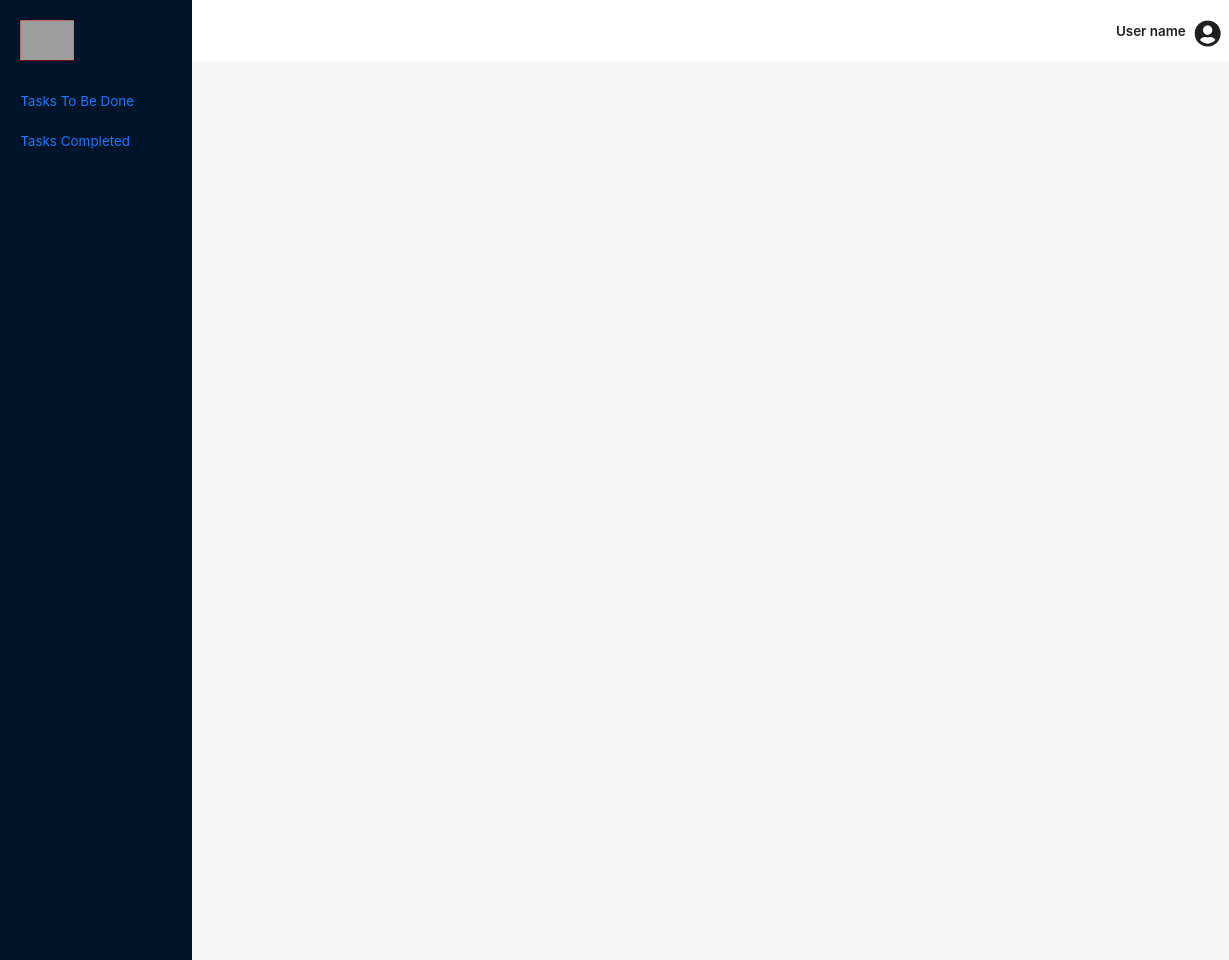
Repository: runner855/todolist_new
Page: /
The author's editor kept a copy of each file at every save. The page is drawn from the files as they stood at one save, then again after the next save.
The browser window is 1280 px wide. The pictures show the whole page, at 96% of full size.
Pictures or frames that could not be fetched are drawn as grey boxes. The project was rebuilt for these pictures with package versions that can differ from the ones it lists, and the page was loaded fresh each time.

Above is the page before, as saved 2023-03-19 22:23:01.

### src/index.tsx
import React from "react";
import ReactDOM from "react-dom/client";
import "./index.css";
import { App } from "./App";
import { BrowserRouter } from "react-router-dom";

const root = ReactDOM.createRoot(
  document.getElementById("root") as HTMLElement
);
root.render(
  <React.StrictMode>
    <BrowserRouter>
    <App />
    </BrowserRouter>
  </React.StrictMode>
);

### src/App.tsx
import React from 'react';
import './App.css';
import { NavBar } from './components/NavBar/NavBar';

export const App = () =>{
  return (
    <div className="App">
      <NavBar/>

    </div>
  );
}

### src/components/NavBar/NavBar.tsx
import React from 'react';

import { Layout, Menu, theme } from 'antd';
import { FaUserCircle } from 'react-icons/fa';
import { PagesArray } from '../../Utilities/Utility'
import "../NavBar/NavBar.css";
import { NavLink } from 'react-router-dom';

const { Header, Content, Footer, Sider } = Layout;

export const NavBar = () => {

  const {
    token: { colorBgContainer },
  } = theme.useToken();

  return (
      <Layout>
      <Sider
        breakpoint="lg"
        collapsedWidth="0"
        style={{height:1000}}
        onBreakpoint={(broken) => {
          console.log(broken);
        }}
        onCollapse={(collapsed, type) => {
          console.log(collapsed, type);
        }}
      >
        <div className="logo" />
        {/* <Menu
          theme="dark"
          mode="inline"
          items={PagesArray && PagesArray.map(
            (item, index) => ({
              key: index,

              label:  item.label ? <NavLink   to={item.to}>{item.label}</NavLink> :
              <img  className="logo"src={item.image} alt="logo"/>
            })
          )}


        /> */}
      <Menu theme="dark" mode="inline">{PagesArray && PagesArray.map((item, index) => {
        return (
        <ul className='links_container'>
          <li className='item_link'>{item.label ? <NavLink to={item.to}>{item.label}</NavLink>: <div className='logo'><img  src={item.image} alt="logo"/></div>}</li>
        </ul>



        )
      })}</Menu>
      </Sider>
      <Layout>
        <Header style={{ padding: 0, background: colorBgContainer }}>
        <div className='avatar_container'>
          <ul className='user'>
            <li className='user_text'>User name</li>
            <li className='user_icon'><FaUserCircle/></li>

          </ul>
          </div>

        </Header>
      </Layout>
    </Layout>
   );
}

### src/Utilities/Utility.tsx
import { TASKS_TO_BE_DONE, TASKS_COMPLETED } from '../Constants/Dictionary';
import { AppUrls } from '../Types/appTypes';
import { LOGO } from '../Constants/Dictionary';
export const PagesArray = [
  {image:LOGO},
  {label: TASKS_TO_BE_DONE, to: AppUrls.TASKS_TO_BE_DONE},
  {label: TASKS_COMPLETED, to: AppUrls.TASKS_COMPLETED},

]

### src/components/NavBar/NavBar.css
#components-layout-demo-responsive .logo {
  height: 32px;
  margin: 16px;
  background: rgba(255, 255, 255, 0.2);
}

li {
  list-style-type: none;
}

.user {
  display: flex;
  flex-direction: row;
  justify-content: right;
}

.user_icon {
  font-size: 2em;
  margin-right: 0.1em;
  margin: 0em 0.3em 0em 0.3em;
  line-height: 1.8;
}

.user_text {
  line-height: 2.7;
  font-weight: 600;
}

img {
  height: 3em;
  text-align: center;
}

.links_container {
  display: flex;
  flex: column;
}

.item_link {
  margin: 1.5em;
}

a:visited {
  border-left: solid red 2px;
}

.logo {
  background-color: red;
}

### src/Constants/Dictionary.ts
export const TASKS_TO_BE_DONE = "Tasks To Be Done";
export const TASKS_COMPLETED = "Tasks Completed"
export const LOGO = "https://pbs.twimg.com/profile_images/964093705748729856/nzx2mHKW_400x400.jpg";

### src/Types/appTypes.tsx

export enum AppUrls {
  TASKS_TO_BE_DONE = `/tasks_to_be_done`,
  TASKS_COMPLETED = "/tasks_copleted",

}

export enum LanguageEnum {
  EN = "en",
}

Loaded but not shown: public/index.html (common file); src/index.css (common file); src/App.css (common file)

After the next save:
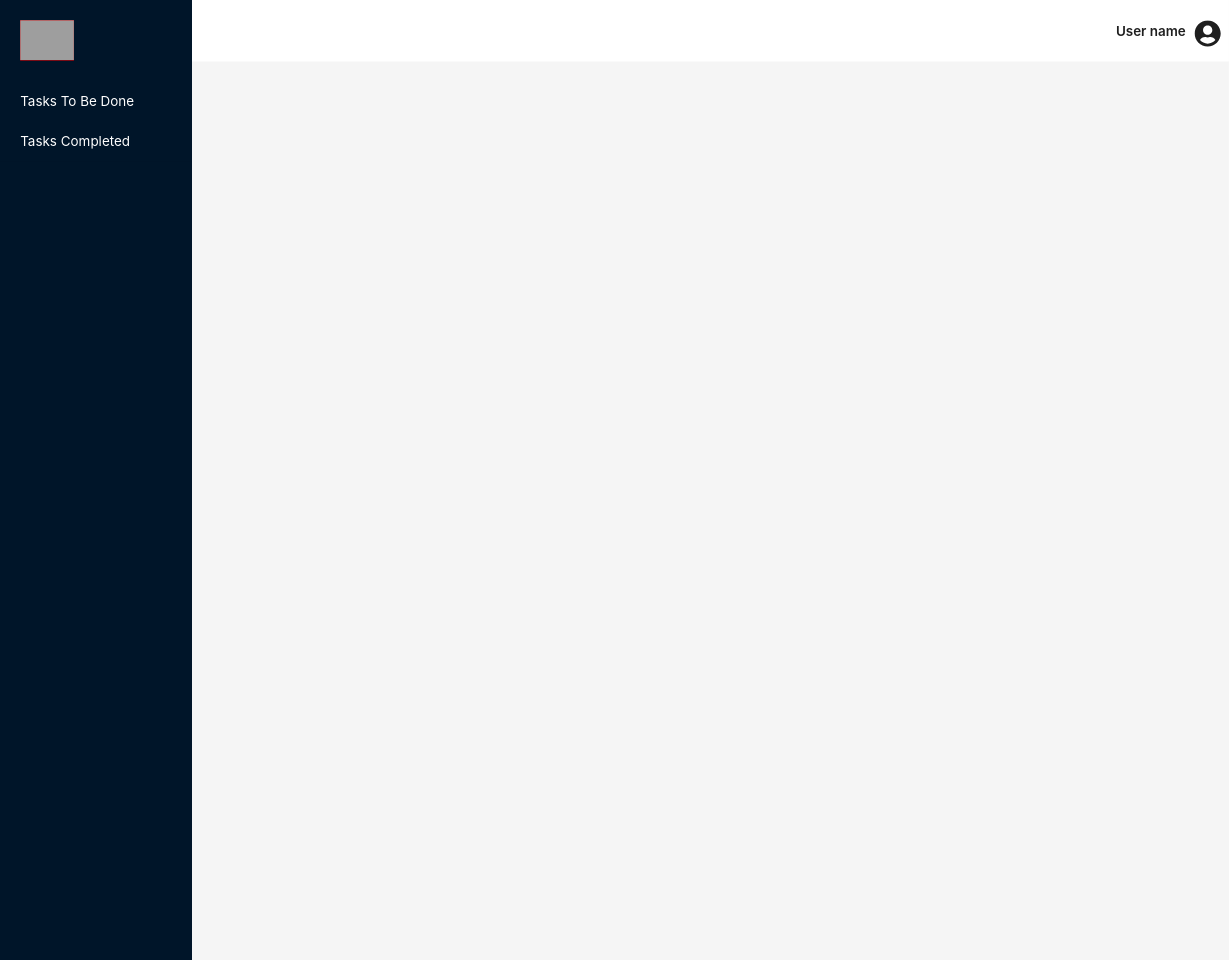
Saved 15 s later.
--- a/src/components/NavBar/NavBar.css
+++ b/src/components/NavBar/NavBar.css
@@ -43,6 +43,9 @@ img {
 a:visited {
   border-left: solid red 2px;
 }
+a {
+  color: white;
+}
 
 .logo {
   background-color: red;
